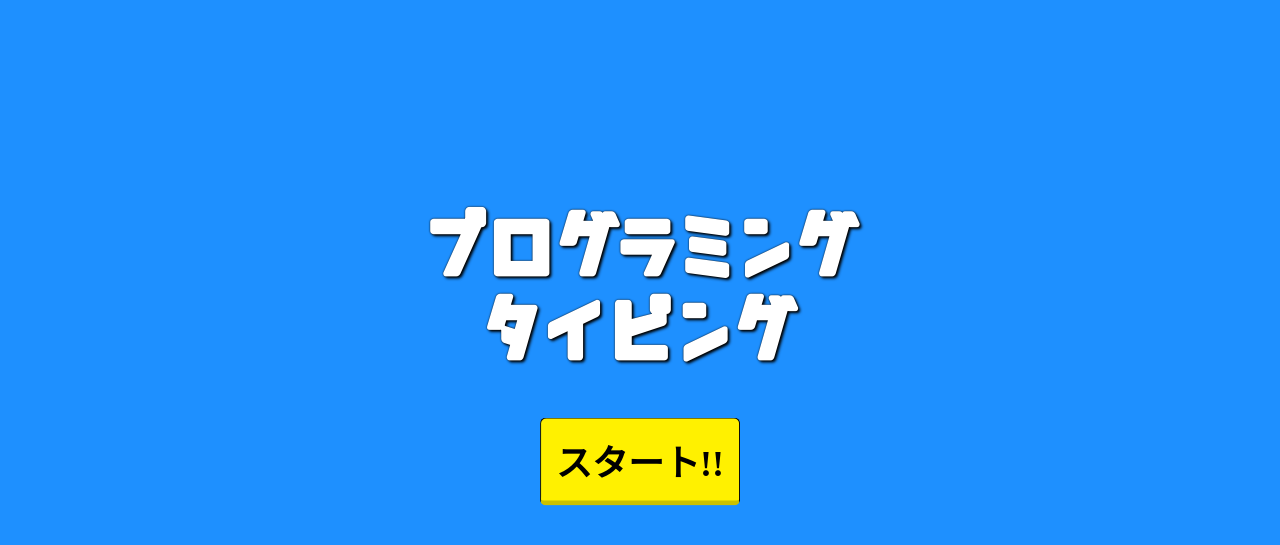
Repository: kenta7255/typing-game
Page: index.html
An editor plug-in stored every save of this project. The page is shown before and after the next save, followed by the edit.
The browser window is 1280 px wide. The pictures show the whole page.
Some web fonts or font styles are not loaded; a fallback is used. The style sheet was rebuilt from its Sass, Less or Tailwind sources for each picture, by a compiler version that may differ from the author's.

Above is the page before, as saved 2021-04-11 14:07:59.

After the next save:
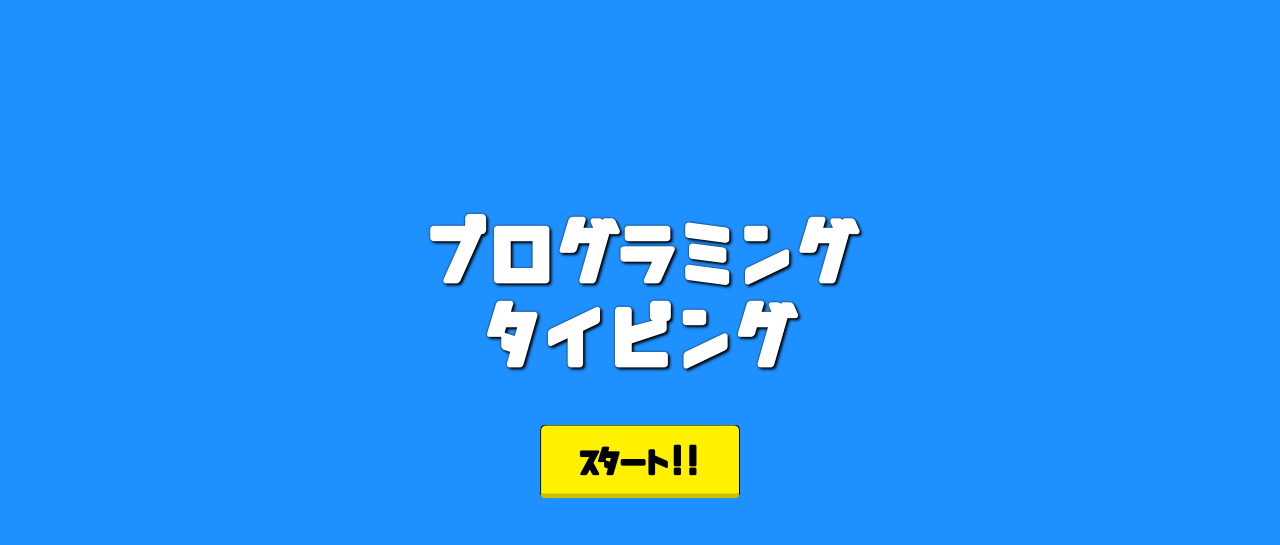
Saved 7 s later.
--- a/styles.scss
+++ b/styles.scss
@@ -63,7 +63,7 @@ body {
   border-radius: 6px;
   font-size: 1.5em;
   font-weight: bold;
-  font-family: "M PLUS Rounded 1c";
+  font-family: "NikkyouSans-B6aV";
   transition: all 300ms 0s ease;
   &:hover {
     margin-top: 3px;
